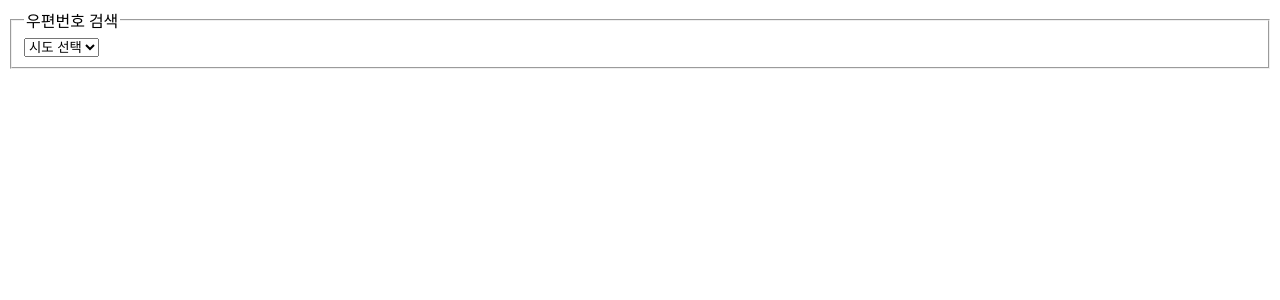
Repository: popconnect/jQuery
Page: http://localhost/jQueryUiEx03/zipcodeEx01.jsp
An editor plug-in stored every save of this project. The page is shown before and after the next save, followed by the edit.
The browser window is 1280 px wide. The pictures show the whole page.
The page is served by Tomcat 9.

Above is the page before, as saved 2023-05-17 05:38:30.

After the next save:
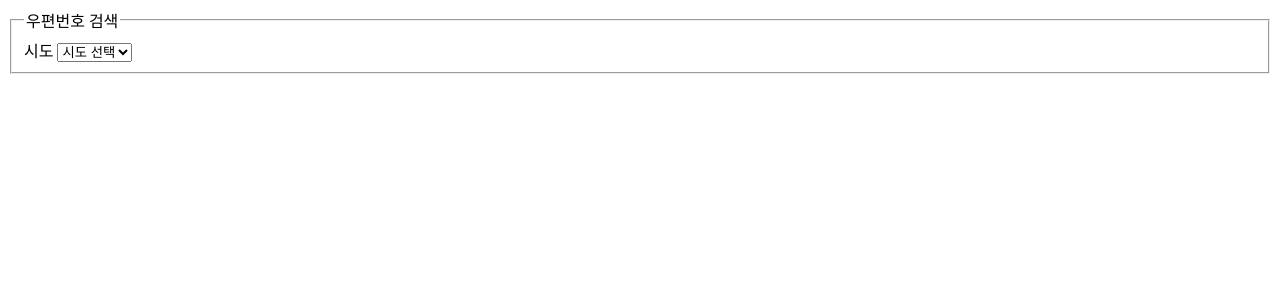
Saved 18 s later.
--- a/jQueryUiEx03/src/main/webapp/zipcodeEx01.jsp
+++ b/jQueryUiEx03/src/main/webapp/zipcodeEx01.jsp
@@ -9,6 +9,7 @@
 <body>
 <fieldset>
 <legend>우편번호 검색</legend>
+<label for="sido">시도</label>
 <select id="sido">
 	<option disabled="disabled" selected="selected">시도 선택</option>
 </select>
